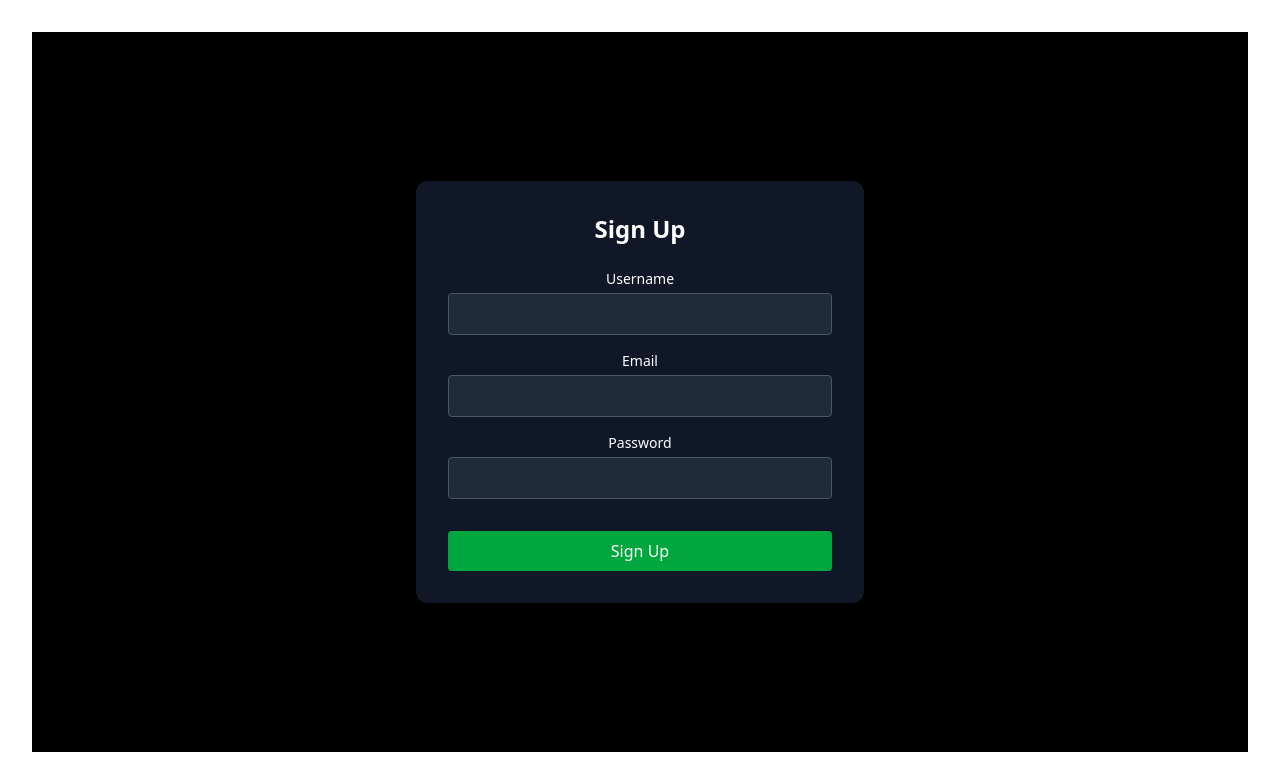
Repository: Meruem09/Briskly
Page: / (app in briskly/)
The author's editor kept a copy of each file at every save. The page is drawn from the files as they stood at one save, then again after the next save.
The browser window is 1280 px wide. The pictures show the whole page.
The page's requests for data from a server got no answer. The project was rebuilt for these pictures with package versions that can differ from the ones it lists, and the page was loaded fresh each time. Some packages were replaced by stand-ins written for this rebuild. No one was signed in, and anything a server would have sent is missing. Also part of the build but not shown: briskly/vite.config.js.

Above is the page before, as saved 2025-06-29 12:02:59.

### briskly/src/main.jsx
import { StrictMode } from 'react'
import { createRoot } from 'react-dom/client'
import { ClerkProvider } from '@clerk/clerk-react'
import './index.css'
import App from './App.jsx'

const PUBLISHABLE_KEY = import.meta.env.VITE_CLERK_PUBLISHABLE_KEY

if(!PUBLISHABLE_KEY){
  throw new Error('Add your clerk publishable key to .env file')
}
createRoot(document.getElementById('root')).render(
  <StrictMode>
    <ClerkProvider publishableKey={PUBLISHABLE_KEY}>
      <App />
    </ClerkProvider>
  </StrictMode>,
)

### briskly/src/index.css
@tailwind base;
@tailwind components;
@tailwind utilities;
@import "tailwindcss";
@import "tw-animate-css";

### briskly/src/App.jsx
import { useState } from 'react'
import './App.css'
import SignUpPage from './component/SignUpPage'

function App() {
  const [count, setCount] = useState(0)

  return (
    <>
    <SignUpPage/>
    </>
  )
}

export default App

### briskly/src/component/SignUpPage.jsx
import React, { useState } from "react";
import { useSignUp } from "@clerk/clerk-react";

export default function SignUpPage() {

  const {isLoaded, signUp, setActive} = useSignUp();
  const [username, setUsername] = useState("");
  const [emailAddress, setEmail] = useState("");
  const [password, setPassword] = useState("");
  const [verificationCode, setVerificationCode] = useState("");
  const [pendingVerification, setpendingVerification] = useState(false);
  const [error, setError] = useState("")

  if(!isLoaded){
    return null;
  }

  async function handleSignUp(e){
    e.preventDefault();
    if(!isLoaded){
      return;
    }

  try{
    await signUp.create({
      emailAddress,
      password,
    });
    await signUp.prepareEmailAddressVerification({strategy: "email_code"});
    setpendingVerification(true);
  }
  catch(err){
    console.log(JSON.stringify(err, null, 2));
    setError(err.errors[0].message);
  }
}

async function handleVerify(e) {
    e.preventDefault();
    if (!isLoaded) {
      return;
    }

    try {
      const completeSignUp = await signUp.attemptEmailAddressVerification({
        code: verificationCode,
      });
      if (completeSignUp.status !== "complete") {
        console.log(JSON.stringify(completeSignUp, null, 2));
      }

      if (completeSignUp.status === "complete") {
        await setActive({ session: completeSignUp.createdSessionId });
        alert("Signup successful!");
        router.push("/dashboard");
      }
    } catch (err) {
      console.error(JSON.stringify(err, null, 2));
      setError(err.errors[0].message);
    }
  }


  // const handleSignUp = (e) => {
  //   e.preventDefault();
  //   console.log("Signing up with:", { username, emailAddress, password });

  // };

  // const handleVerify = () => {
  //   console.log("Verifying code:", verificationCode);
  //   // Add your verification logic here
  // };

  return (
    <div className="min-h-screen flex items-center justify-center bg-black text-white px-4">
      <div className="w-full max-w-md bg-gray-900 p-8 rounded-xl shadow-lg">
        <h2 className="text-2xl font-bold mb-6">Sign Up</h2>

        <form onSubmit={handleSignUp} className="space-y-4">
          <div>
            <label className="block text-sm mb-1">Username</label>
            <input
              type="text"
              value={username}
              onChange={(e) => setUsername(e.target.value)}
              className="w-full px-4 py-2 bg-gray-800 text-white rounded border border-gray-600 focus:outline-none focus:ring-2 focus:ring-blue-500"
              required
            />
          </div>

          <div>
            <label className="block text-sm mb-1">Email</label>
            <input
              type="email"
              value={emailAddress}
              onChange={(e) => setEmail(e.target.value)}
              className="w-full px-4 py-2 bg-gray-800 text-white rounded border border-gray-600 focus:outline-none focus:ring-2 focus:ring-blue-500"
              required
            />
          </div>

          <div>
            <label className="block text-sm mb-1">Password</label>
            <input
              type="password"
              value={password}
              onChange={(e) => setPassword(e.target.value)}
              className="w-full px-4 py-2 bg-gray-800 text-white rounded border border-gray-600 focus:outline-none focus:ring-2 focus:ring-blue-500"
              required
              minLength={8}
            />
          </div>

        {pendingVerification && (
          <div>
            <label className="block text-sm mb-1">Verification Code</label>
            <input
              type="text"
              value={verificationCode}
              onChange={(e) => setVerificationCode(e.target.value)}
              className="w-full px-4 py-2 bg-gray-800 text-white rounded border border-gray-600 focus:outline-none focus:ring-2 focus:ring-blue-500"
              required
            />
            <button
              type="button"
              onClick={handleVerify}
              className="mt-2 w-full bg-blue-600 hover:bg-blue-700 text-white py-2 rounded transition-colors"
            >
              Verify Code
            </button>
          </div>
        )}
          <button
            type="submit"
            className="w-full mt-4 bg-green-600 hover:bg-green-700 text-white py-2 rounded transition-colors"
          >
            Sign Up
          </button>
        </form>
      </div>
    </div>
  );
}

Loaded but not shown: briskly/index.html (common file); briskly/src/App.css (common file)

After the next save:
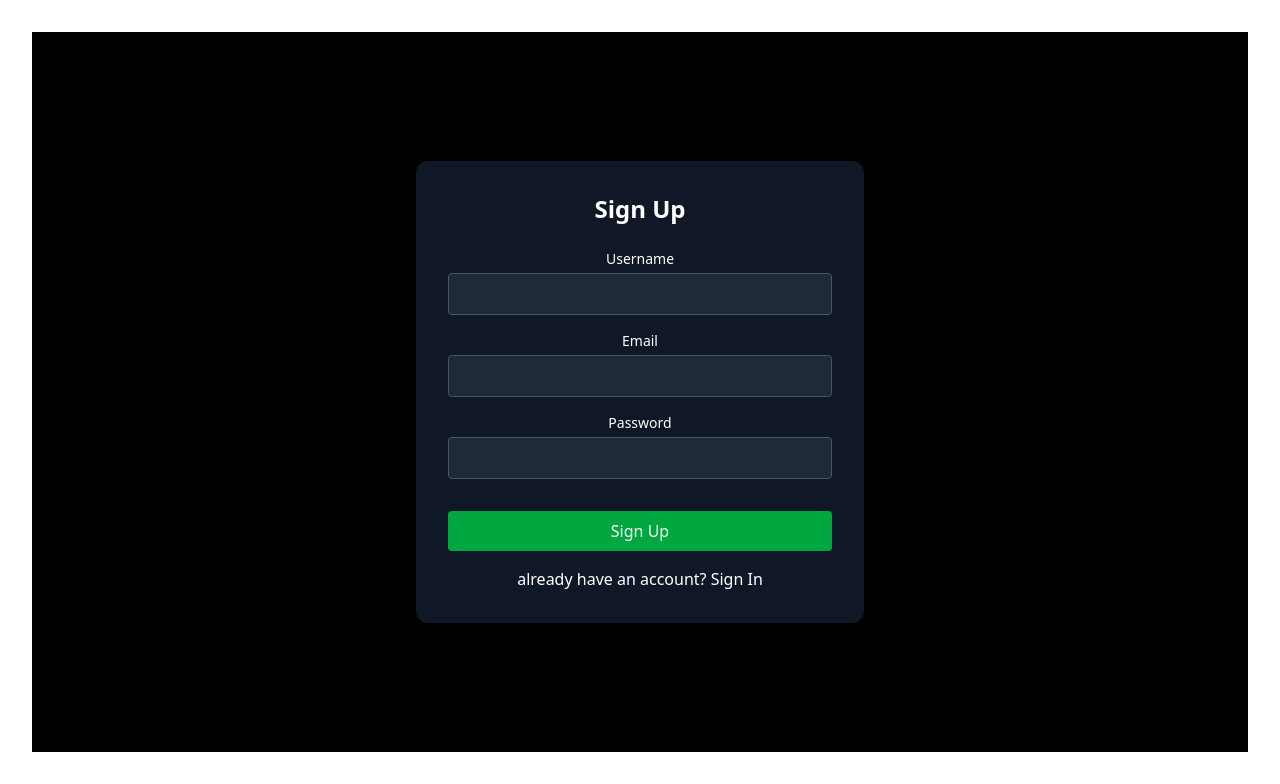
Saved 64 s later.
--- a/briskly/src/component/SignUpPage.jsx
+++ b/briskly/src/component/SignUpPage.jsx
@@ -137,6 +137,7 @@
           >
             Sign Up
           </button>
+          <p>already have an account? <span><a href="">Sign In</a></span></p>
         </form>
       </div>
     </div>
